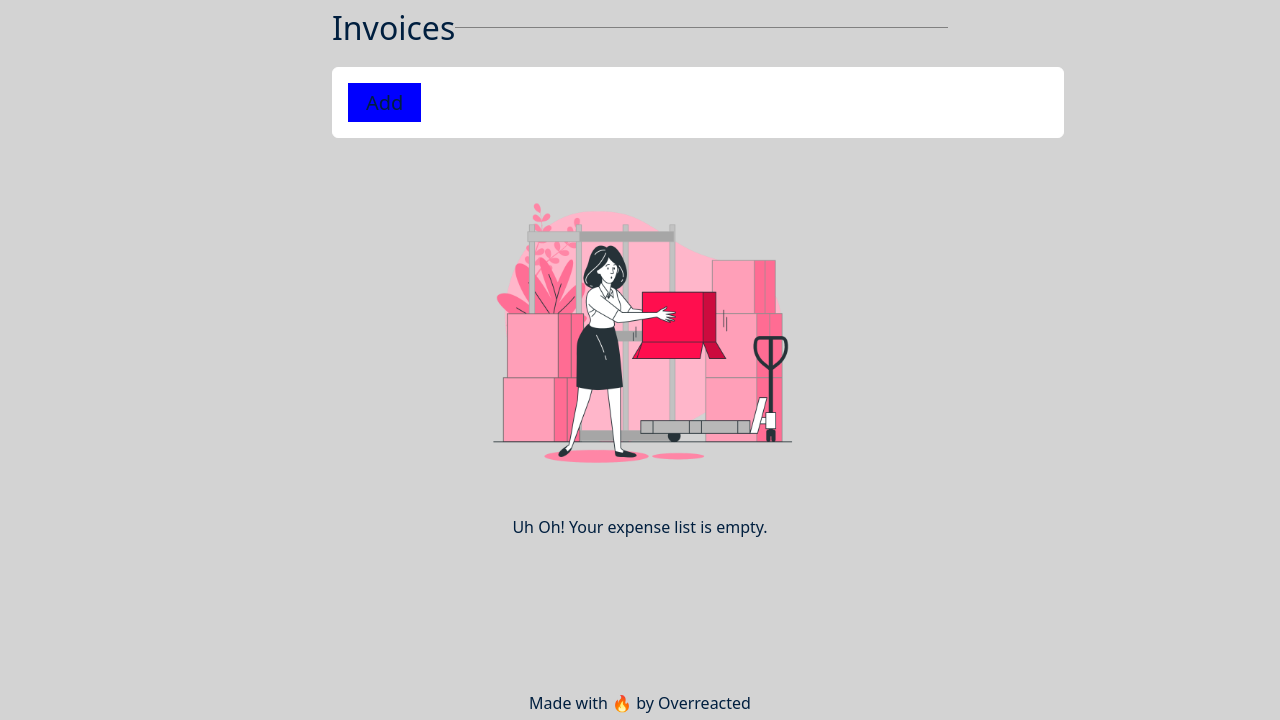
Repository: om1ars/task3
Page: /
An editor plug-in stored every save of this project. The page is shown before and after the next save, followed by the edit.
The browser window is 1280 px wide. The pictures show the whole page.
Some web libraries are served in a nearby version. The project was rebuilt for these pictures with package versions that can differ from the ones it lists, and the page was loaded fresh each time. Also part of the build but not shown: src/constants/add-expense.js, src/components/add-form/add-form.css, src/components/add-form/success-modal.css, src/components/add-form/success-modal.js, src/components/add-form/index.js, src/pages/add-expense/add-expense.css, src/pages/add-expense/index.js, src/components/expense-list/card.css and 1 more.

Above is the page before, as saved 2021-12-18 14:47:34.

After the next save:
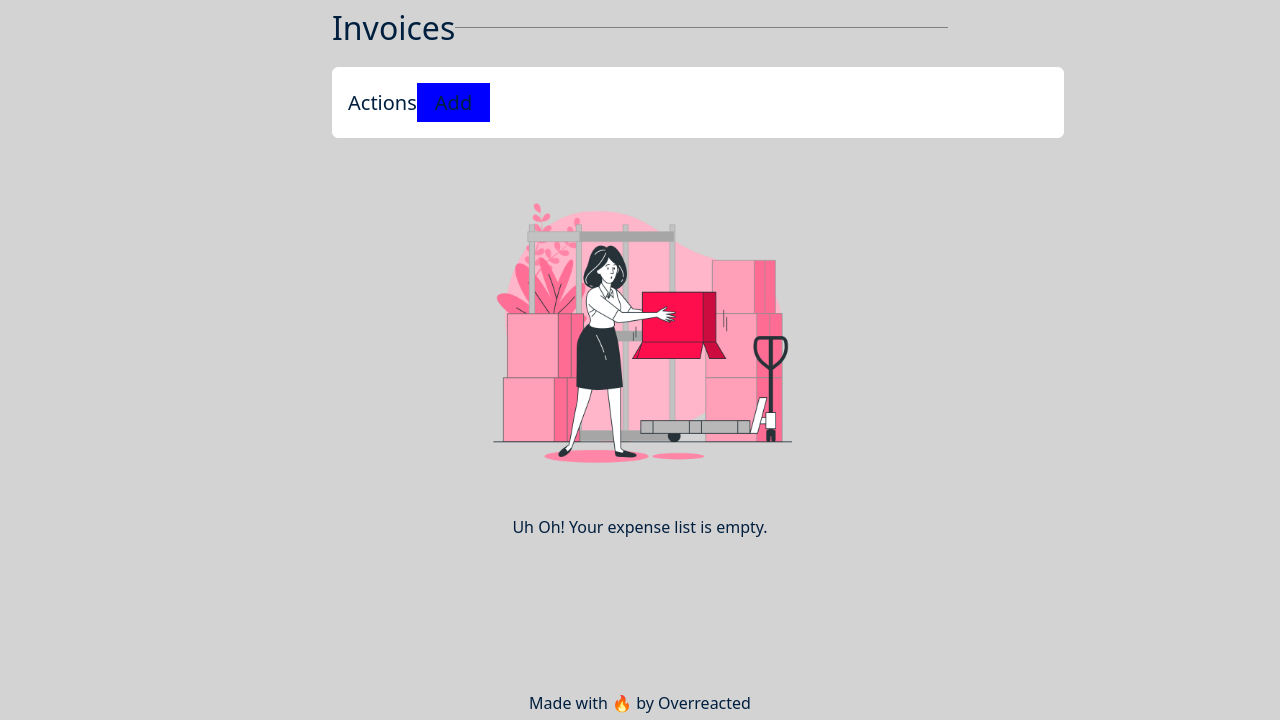
Saved 15 s later.
--- a/src/components/top-fold/index.js
+++ b/src/components/top-fold/index.js
@@ -31,6 +31,7 @@ const TopFold = () => {
                 padding: 15,
               }}
             >
+              <div>Actions</div>
               <label style={{ padding: "6px 18px", backgroundColor: "blue" }}>
                 Add
               </label>
